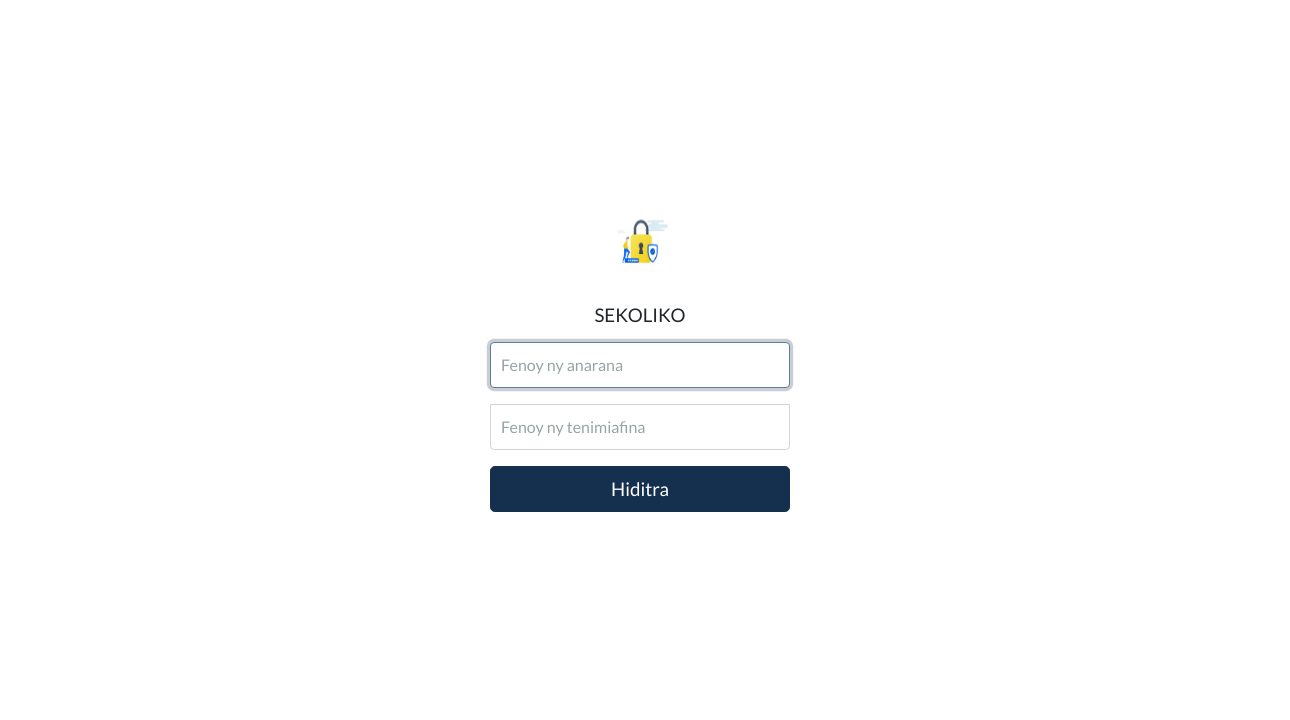
Repository: niainamahefa/j2ee-sekoliko
Page: http://localhost/Ecole/login
The author's editor kept a copy of each file at every save. The page is drawn from the files as they stood at one save, then again after the next save.
The browser window is 1280 px wide. The page is 1280 px wide, then 1290 px, so the pictures cover 1290 px, including what lies to the right of the window. The pictures show the whole page.
The page is served by Tomcat 9. Other server files are loaded and not shown.

Above is the page before, as saved 2021-02-03 18:37:03.

### Ecole/WebContent/WEB-INF/login.jsp
<%@ page language="java" contentType="text/html; charset=ISO-8859-1"
    pageEncoding="ISO-8859-1"%>
<!doctype html>
<html lang="en">
  <head>
    <meta charset="utf-8">
    <meta name="viewport" content="width=device-width, initial-scale=1, shrink-to-fit=no">
    <meta name="description" content="">
    <meta name="author" content="Mark Otto, Jacob Thornton, and Bootstrap contributors">
    <meta name="generator" content="Jekyll v4.1.1">
    <title>Sekoly</title>

    <!-- Bootstrap core CSS -->
	<link href="./assets/css/bootstrap.min.css" rel="stylesheet">
	<link href="./assets/css/signin.css" rel="stylesheet">

    <style>
      .bd-placeholder-img {
        font-size: 1.125rem;
        text-anchor: middle;
        -webkit-user-select: none;
        -moz-user-select: none;
        -ms-user-select: none;
        user-select: none;
      }

      @media (min-width: 768px) {
        .bd-placeholder-img-lg {
          font-size: 3.5rem;
        }
      }
    </style>
    <!-- Custom styles for this template -->
    <link href="signin.css" rel="stylesheet">
  </head>
  <body class="text-center">
	    <form class="form-signin" method="post">
		  <img class="mb-4" src="./assets/images/security.jpg" alt="" width="72" height="72">
		  <h1 class="h5 mb-3 font-weight-normal">SEKOLIKO</h1>
		  <label for="inputEmail" class="sr-only">Anarana</label>
		  <input type="text" id="inputEmail" class="form-control" placeholder="Fenoy ny anarana"  name="anarana" required autofocus>
		  <label for="inputPassword" class="sr-only">Tenimiafina</label>
		  <input type="password" id="inputPassword" class="form-control mt-3" placeholder="Fenoy ny tenimiafina" name="tenimiafina" required>
		  <div class="checkbox mb-3">
		  </div>
		  <button class="btn btn-lg btn-primary btn-block" type="submit">Hiditra</button>
		</form>
	</body>
</html>

### Ecole/src/com/ecole/servlet/LoginServlet.java
package com.ecole.servlet;

import java.io.IOException;

import javax.servlet.ServletException;
import javax.servlet.http.HttpServlet;
import javax.servlet.http.HttpServletRequest;
import javax.servlet.http.HttpServletResponse;

import com.ecole.model.User;

public class LoginServlet extends HttpServlet{


	@Override
	protected void doGet(HttpServletRequest req, HttpServletResponse resp) throws ServletException, IOException {
		System.out.println("Login Servlet - doGet méthode");
		req.getRequestDispatcher("/WEB-INF/login.jsp").forward(req, resp);
	}

	@Override
	protected void doPost(HttpServletRequest req, HttpServletResponse resp) throws ServletException, IOException {
		System.out.println("Login Servlet - doPost méthode");

		String anarana = req.getParameter("anarana");
		String tenimiafina = req.getParameter("tenimiafina");

		System.out.println("Anarana : " + anarana + " Tenimifina : " + tenimiafina );

		if (anarana.equals("admin") && (tenimiafina.equals("sekoliko"))) {
			System.out.println("Tongasoa eto @ logiciel Sekoliko");

			req.getSession().setAttribute("user", new User (anarana,tenimiafina));
			resp.sendRedirect("accueil");
		}
		else {
			System.out.println("Hamarino azafady");
			resp.sendRedirect("login");
		}
	}




}

### Ecole/WebContent/assets/css/signin.css
html,
body {
  height: 100%;
}

body {
  display: -ms-flexbox;
  display: flex;
  -ms-flex-align: center;
  align-items: center;
  padding-top: 40px;
  padding-bottom: 40px;
}

.form-signin {
  width: 100%;
  max-width: 330px;
  padding: 15px;
  margin: auto;
}
.form-signin .checkbox {
  font-weight: 400;
}
.form-signin .form-control {
  position: relative;
  box-sizing: border-box;
  height: auto;
  padding: 10px;
  font-size: 16px;
}
.form-signin .form-control:focus {
  z-index: 2;
}
.form-signin input[type="email"] {
  margin-bottom: -1px;
  border-bottom-right-radius: 0;
  border-bottom-left-radius: 0;
}
.form-signin input[type="password"] {
  margin-bottom: 10px;
  border-top-left-radius: 0;
  border-top-right-radius: 0;
}

Loaded but not shown: Ecole/WebContent/assets/css/bootstrap.min.css (library)

After the next save:
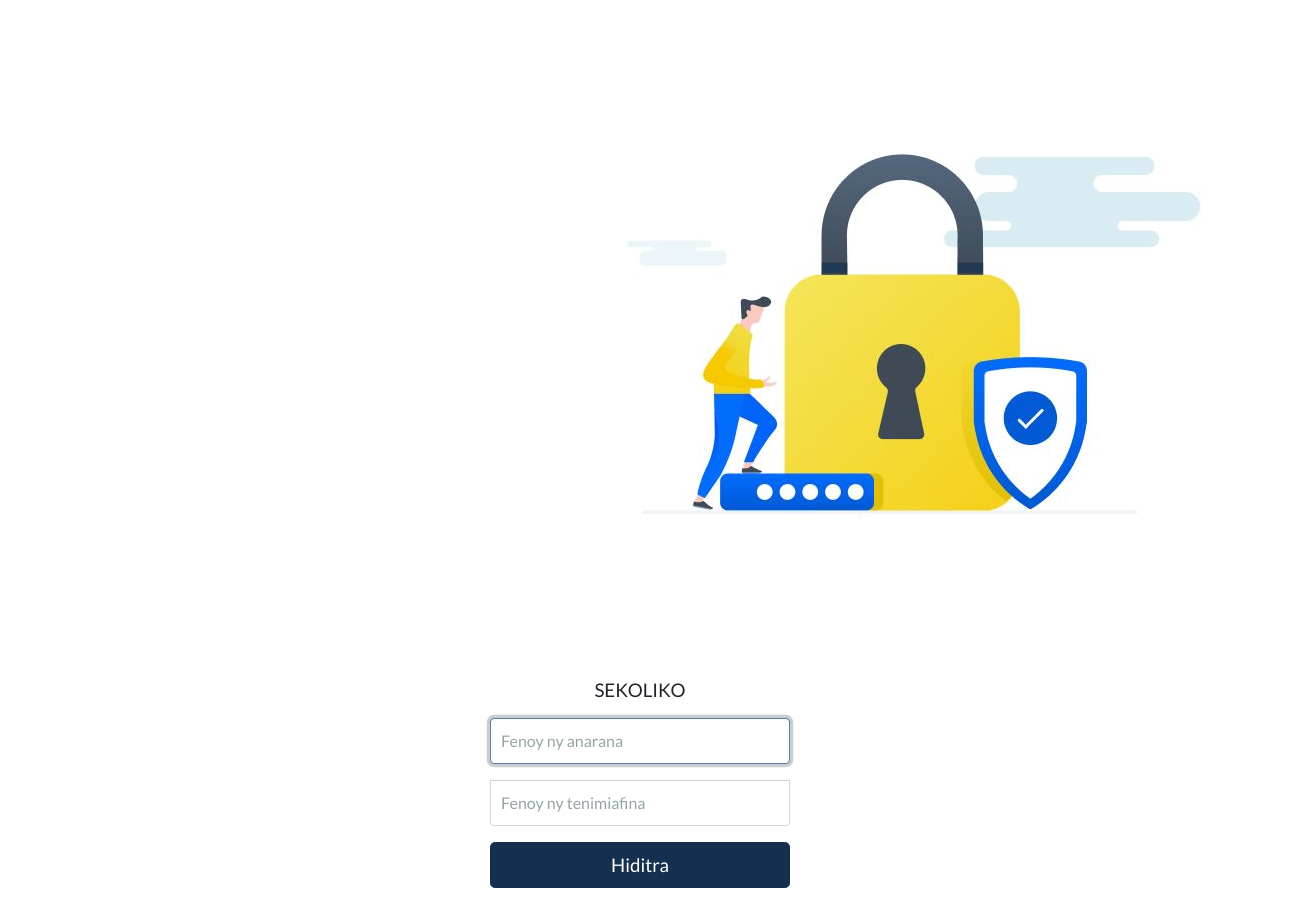
Saved 76 s later.
--- a/Ecole/WebContent/WEB-INF/login.jsp
+++ b/Ecole/WebContent/WEB-INF/login.jsp
@@ -35,7 +35,7 @@
   </head>
   <body class="text-center">
 	    <form class="form-signin" method="post">
-		  <img class="mb-4" src="./assets/images/security.jpg" alt="" width="72" height="72">
+		  <img class="mb-4" src="./assets/images/security.jpg" alt="" >
 		  <h1 class="h5 mb-3 font-weight-normal">SEKOLIKO</h1>
 		  <label for="inputEmail" class="sr-only">Anarana</label>
 		  <input type="text" id="inputEmail" class="form-control" placeholder="Fenoy ny anarana"  name="anarana" required autofocus>
